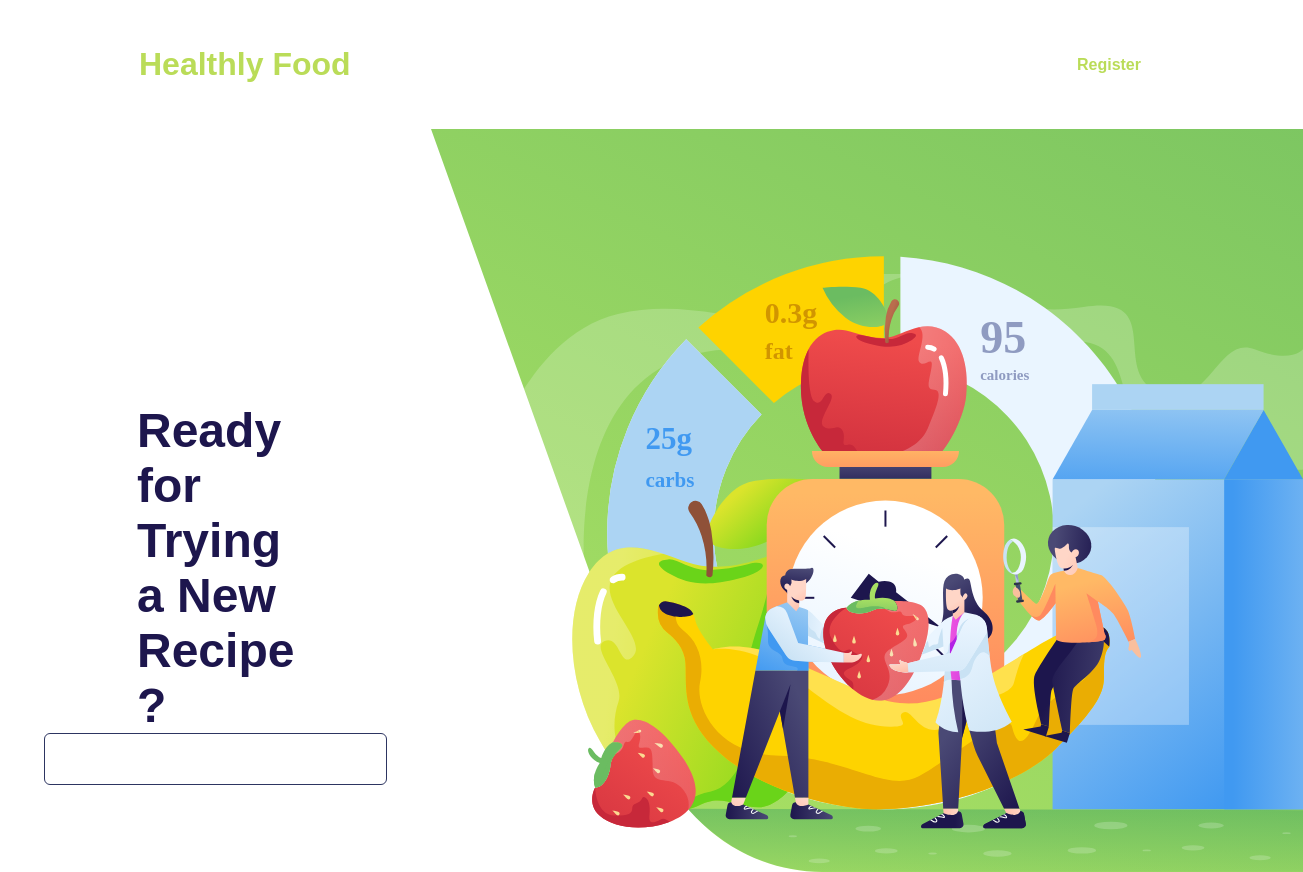
Repository: LuccaCasalecchi/HealthyFood
Page: /
These files come from the project's save history. The page is drawn as it stood at one moment and after the next save; the edit follows.
The browser window is 1280 px wide. The page is 1303 px wide, so the pictures cover 1303 px, including what lies to the right of the window. The pictures show the whole page.
The project was rebuilt for these pictures with package versions that can differ from the ones it lists, and the page was loaded fresh each time.

Above is the page before, as saved 2021-08-17 20:02:38.

### src/App.js
import React from 'react'
import LandingPage from './pages/LandingPage/LandingPage';

function App() {
  return (
    <div className="App">
      <LandingPage/>
    </div>
  );
}

export default App;

### src/pages/LandingPage/LandingPage.jsx
import React from "react";
import Header from "../../components/Header/Header";
import Illustration from "../../images/Illustration.svg";
import Input from "../../components/Input/Input";
import "./LandingPage.css";

export default function LandingPage() {
  return (
    <div className="components-container">
      <Header />
      <div className="search-recipes">
        <div className="subtitle">
          <h2>
            Ready for
            <br />
            Trying a New
            <br />
            Recipe ?
          </h2>
          <div className="input-container">
          <Input/>
          </div>
        </div>
        <img src={Illustration} alt="" />
      </div>
    </div>
  );
}

### src/components/Header/Header.jsx
import React from 'react'
import './Header.css'

export default function Header() {
  return (
    <div className="header-container">
        <a href="#" className="logo">Healthly Food</a>
        <a href="#" className="register">Register</a>
    </div>
  )
}

### src/components/Input/Input.jsx
import React from 'react'
import './Input.css'

export default function Input() {
  return (
    <div>
      <input type="text" />
    </div>
  )
}

### src/pages/LandingPage/LandingPage.css
* {
  margin: 0;
  padding: 0;
  box-sizing: border-box;
  font-family: sans-serif;
}

.search-recipes {
  display: flex;
  justify-content: space-between;
  align-items: center;
}

.subtitle {
  display: flex;
  justify-content: center;
  align-items: center;
  flex-direction: column;
}

.subtitle h2 {
  font-size: 48px;
  color: #1d164d;
  text-align: left;
  padding: 187px 137px 0px;
}

### src/components/Header/Header.css
.header-container{
  display: flex;
  justify-content: space-between;
  align-items: center;
  padding: 46px 0;
}

.header-container a {
  text-decoration: none;
  color: #BADC58;
  font-weight: 700;
  padding: 0 139px;
}

.header-container .logo{
  font-size: 32px;

}

.header-container .register{
  font-size: 16px;

}

### src/components/Input/Input.css
input{
  width: 343px;
  height: 52px;
  border-radius: 6px;
  border: 1px solid #2D3561;
}

Loaded but not shown: public/index.html (common file); src/index.js (common file)

After the next save:
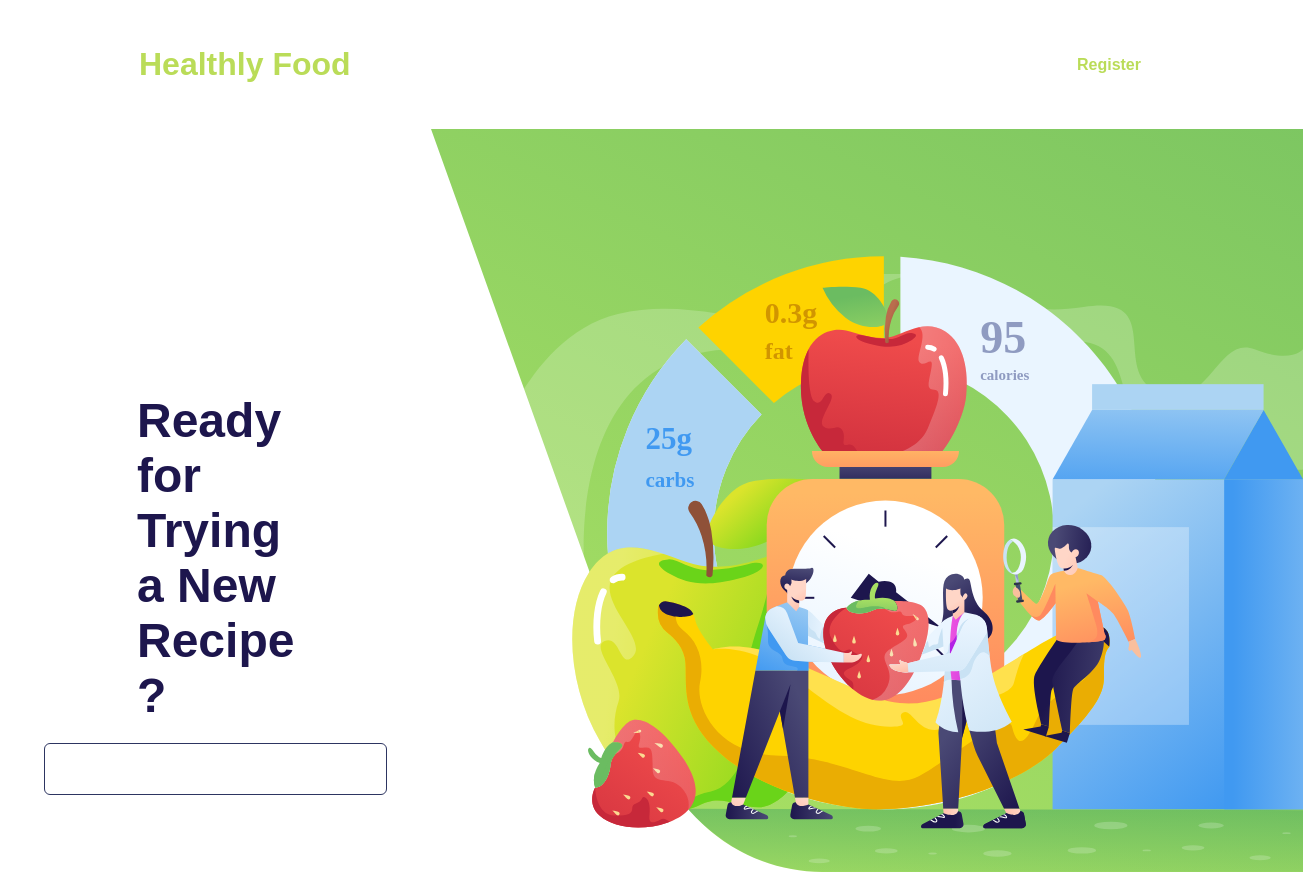
Saved 6 s later.
--- a/src/pages/LandingPage/LandingPage.css
+++ b/src/pages/LandingPage/LandingPage.css
@@ -22,5 +22,5 @@
   font-size: 48px;
   color: #1d164d;
   text-align: left;
-  padding: 187px 137px 0px;
+  padding: 187px 137px 20px;
 }
